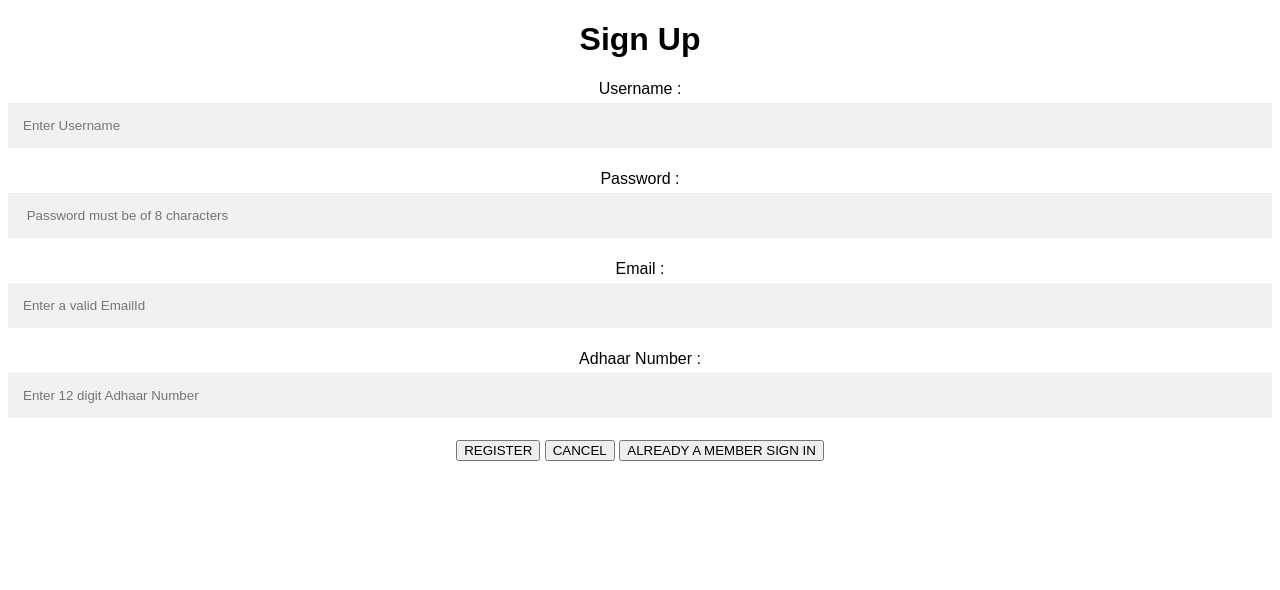
Repository: jchowdapurkar/Java-Project
Page: http://localhost/Registration/registration.jsp
The author's editor kept a copy of each file at every save. The page is drawn from the files as they stood at one save, then again after the next save.
The browser window is 1280 px wide. The pictures show the whole page.
The page is served by Tomcat 9.

Above is the page before, as saved 2018-07-16 18:27:04.

After the next save:
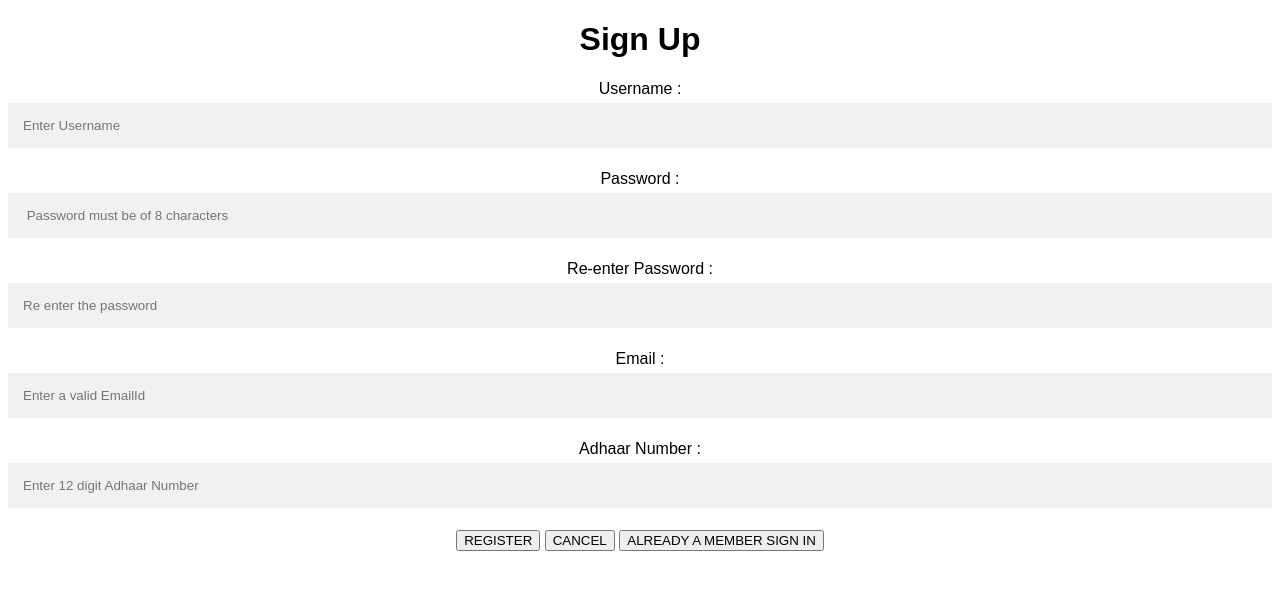
Saved 13 min 40 s later.
--- a/Task Jsp/Registration/WebContent/registration.jsp
+++ b/Task Jsp/Registration/WebContent/registration.jsp
@@ -84,6 +84,7 @@ button:hover {
 <h1>Sign Up</h1>
 Username : <input type ="text" placeholder = "Enter Username" name = "username" required="required">
 Password : <input type ="password" placeholder = " Password must be of 8 characters" name = "password"  required="required">
+Re-enter Password :<input type = "password" placeholder = "Re enter the password" name = "re enter password" required = "required">
 Email : <input type ="Email" placeholder = "Enter a valid EmailId" name = "email" required="required">
 Adhaar Number : <input type ="text" placeholder = "Enter 12 digit Adhaar Number" name="adhaar"  required ="required">
 <input type = "submit" value = "REGISTER">
